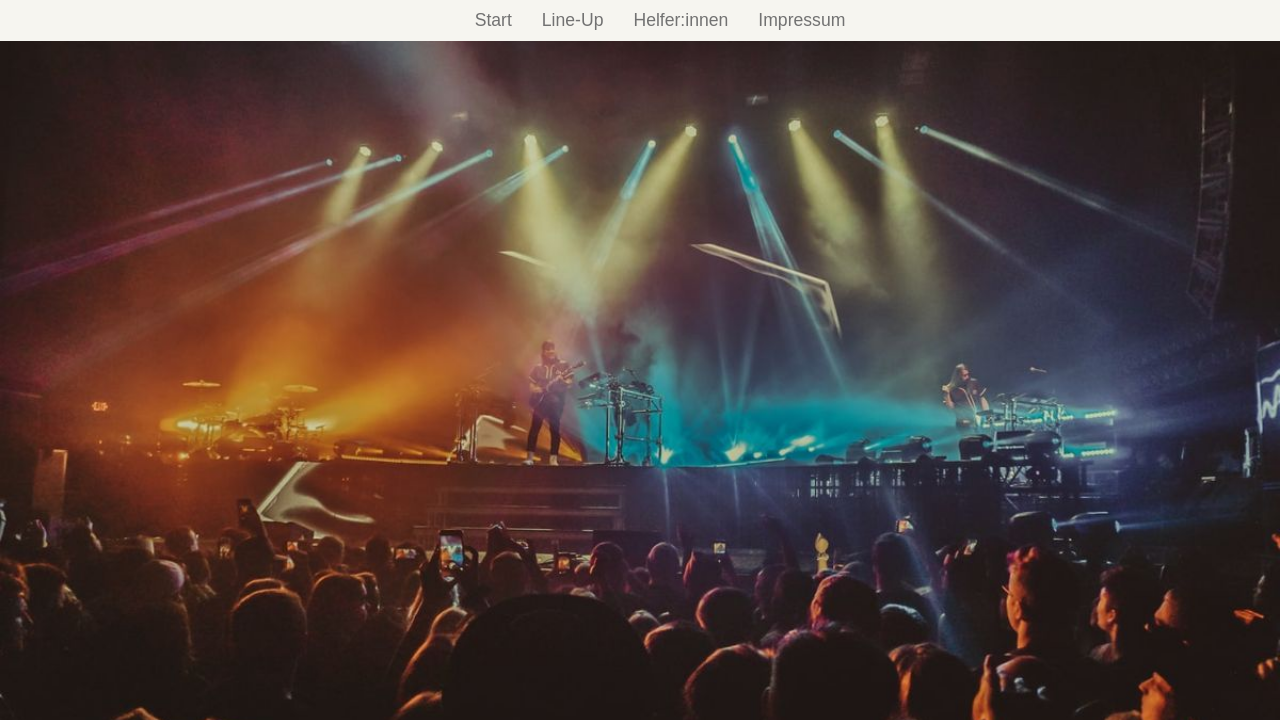
Repository: Hajimohammadi-KI/Web-Technologien
Page: index.html
These files come from the project's save history. The page is drawn as it stood at one moment and after the next save; the edit follows.
The browser window is 1280 px wide. The pictures show the whole page.

Above is the page before, as saved 2025-10-01 12:59:40.

After the next save:
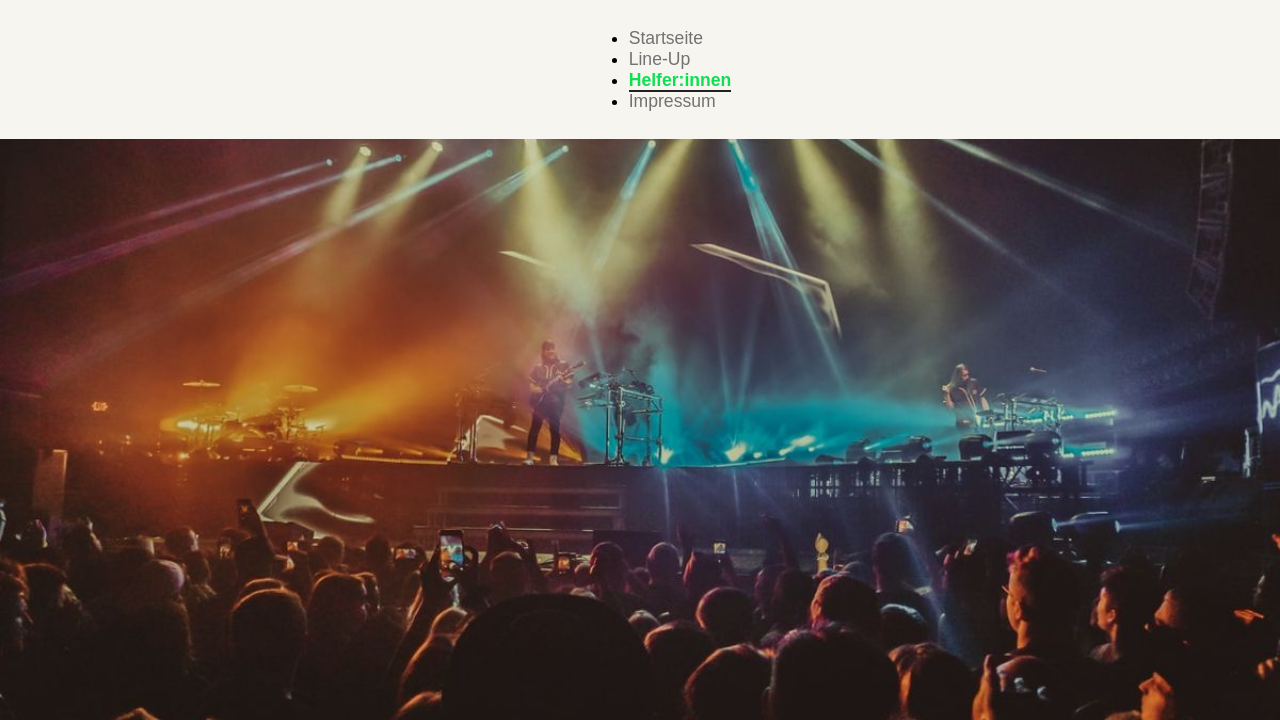
Saved 42 min 10 s later.
--- a/index.html
+++ b/index.html
@@ -7,12 +7,15 @@
     <title>T01-HTML&CSS</title>
 </head>
 <body>
-     <nav>
-    <a href="#">Start</a>
-    <a href="#">Line-Up</a>
-    <a href="#">Helfer:innen</a>
-    <a href="#">Impressum</a>
-</nav>
+    <nav>
+      <ul>
+        <li><a href="index.html">Startseite</a></li>
+        <li><a href="lineup.html">Line-Up</a></li>
+        <li><a href="helfer.html" class="active">Helfer:innen</a></li>
+        <li><a href="impressum.html">Impressum</a></li>
+      </ul>
+    </nav>
+  </header>
     <!-- The alt attribute is used to provide alternative text for the image if it fails to load or if the user visits the page via a screen reader. -->
     <img src="img/spotify-livestreaming-virtual-concerts-feat.jpeg"
         alt="Musicians performing on a brightly lit stage with colorful spotlights
